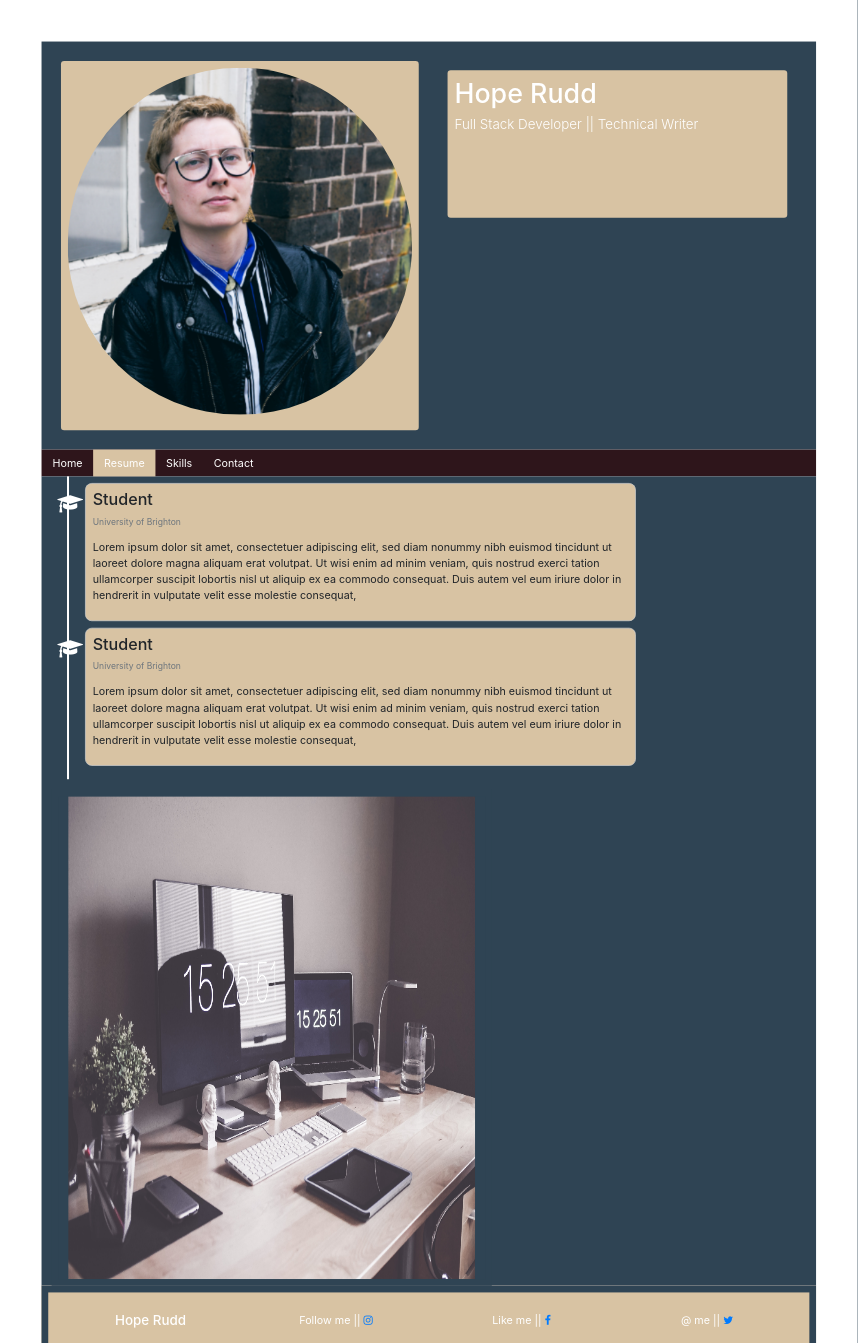
Repository: BleakTerrain/MilestoneProject-
Page: resume.html
The author's editor kept a record of every edit. The page is drawn from the files as they stood at one moment, then again after the next edit.
The browser window is 1280 px wide. The pictures show the whole page, at 67% of full size.
Some web libraries are served in a nearby version.

Above is the page before.

### resume.html
<html>

<head>
  <!-- Copied from UCB Resume code institue project -->

  <meta charset="UTF-8">
  <meta name="viewport" content="width=device-width, initial-scale=1.0">
  <meta http-equiv="X-UA-Compatible" content="ie=edge">
  <link rel="stylesheet" href="https://maxcdn.bootstrapcdn.com/bootstrap/4.2.1/css/bootstrap.min.css" type="text/css" />
  <link rel="stylesheet" href="https://maxcdn.bootstrapcdn.com/font-awesome/4.7.0/css/font-awesome.min.css" type="text/css" />
  <link rel="stylesheet" href="https://cdnjs.cloudflare.com/ajax/libs/hover.css/2.3.1/css/hover-min.css" type="text/css" />
  <link rel="stylesheet" href="assets/CSS/stylesheet.css" type="text/css" />
  <!-- Copied initial links end -->

  <title> Personal Portfolio</title>
</head>
<header>



</header>

<body>
<div class="intro-container">

 <!-------------------------Intro cards Started----------------------->
      <div class="row">
        <div class= "col-sm-6">
            <section class="jumbotron introtron">
          <img class="intro-image " src="BackgroundCodeInstitute.jpg" alt="Image not found">
           </div>
               <div class="col-sm-6">
                 <div class="jumbotron name-card">
                <h1>Hope Rudd</h1>
                 <p class="lead ">Full Stack Developer || Technical Writer </p>
                 </div>
                 </div>
                  </section>
<!--                  <section class= "jumbotron contact-card">-->
<!--           <div class="row">-->
<!--             <div class="col-sm-12">-->
<!--            <p class="contact-info"> Email || Hope@Something.com</p>-->
<!--            <p class="contact-info"> Phone || 555 123567</p>-->
<!--            <p class="contact-info"> Form || <a href ="#">I'm contact Page</a></p>-->
<!--              </div>-->

<!--</section>-->
        </section>
        </div>

      </div>
    </div>

</div>
<!-------------------------------Intro cards finished-------------------------------->
<!-------------------------------Nav bar started-------------------------------->
<!-- inspired by example at https://www.w3schools.com/bootstrap4/bootstrap_navs.asp -->
<ul class = " nav navbar-default">
            <li class="nav-item">
              <a class="nav-link" href="#">Home</a>
            </li>
            <li class="nav-item nav-item-resume">
              <a class="nav-link" href="#">Resume</a>
            </li>
            <li class="nav-item">
              <a class="nav-link" href="#">Skills</a>
            </li>
            <li class="nav-item">
              <a class="nav-link" href="#">Contact</a>
            </li>
          </ul>
<!-------------------------------Nav bar finished-------------------------------->
<!-------------------------------TimeLine------------------------------->
    <section class="main-text container-fluid">
<div class="row">
<div class="col-sm-12">
    <div class="container">
    <ul class=timeline>
        <li class = "timeline-item">
            <div class="timeline-badge">
                <i class= "fa fa-graduation-cap"></i>
            </div>
            <div class="timeline-panel">
                <div class="timeline-heading">
                    <h4 class = "timeline-title">Student</h4>
                    <p class ="text-muted"><small>University of Brighton</small></p>
                </div>
                <div class="timeline-body">
                    <p>Lorem ipsum dolor sit amet, consectetuer adipiscing elit,
                    sed diam nonummy nibh euismod tincidunt ut laoreet dolore
                    magna aliquam erat volutpat. Ut wisi enim ad minim veniam,
                    quis nostrud exerci tation ullamcorper suscipit lobortis nisl
                    ut aliquip ex ea commodo consequat. Duis autem vel eum iriure
                    dolor in hendrerit in vulputate velit esse molestie consequat,
                  </p>
                </div>
            </div>
        </li>
               <li class ="timeline-item">
            <div class="timeline-badge">
                <i class= "fa fa-graduation-cap"></i>
            </div>
            <div class="timeline-panel">
                <div class="timeline-heading">
                    <h4 class = "timeline-title">Student</h4>
                    <p class ="text-muted"><small>University of Brighton</small></p>
                </div>
                <div class="timeline-body">
                    <p>Lorem ipsum dolor sit amet, consectetuer adipiscing elit,
                    sed diam nonummy nibh euismod tincidunt ut laoreet dolore
                    magna aliquam erat volutpat. Ut wisi enim ad minim veniam,
                    quis nostrud exerci tation ullamcorper suscipit lobortis nisl
                    ut aliquip ex ea commodo consequat. Duis autem vel eum iriure
                    dolor in hendrerit in vulputate velit esse molestie consequat,
                  </p>
                </div>
            </div>
        </li>
    </ul>
    </div>
</div>
</div>
</div>
  <div class="col-sm-7 other-image-background">
<img class="other-image" src="DeskImage.jpg" alt="Image not found">
  </div>
</div>
    </section>
    </body>
<!-------------------------------Bulk text finished------------------------------->
<!-------------------------------Footer Begins------------------------------------>


<footer class="footer container-fluid">
<div class="row">
<div class="col-sm-3 footer-item">
  <h5>  Hope Rudd  </h5>
  </div>
  <div class="col-sm-3 footer-item">
      <p>Follow me || <a href = "#"> <i class="fa fa-instagram aria-hidden=true"></i></a></p>
  <span class = "sr-only">Instagram link</span>
  </div>
  <div class="col-sm-3 footer-item">
      <p> Like me || <a href = "#"> <i class="fa fa-facebook aria-hidden=true"></i></a></p>
  <span class = "sr-only">Facebook Link</span>
  </div>
    <div class="col-sm-3 footer-item">
      <p>@ me || <a href = "#"> <i class="fa fa-twitter aria-hidden=true"></i></a></p>
  <span class = "sr-only">Twitter Link</span>
  </div>
</footer>

</html>

### assets/CSS/stylesheet.css

/* Main background taken from bootstraps basics project*/
/* General theme inspiration from : https://visme.co/blog/website-color-schemes/ */

body, html {
  height: 100%;
  margin: 2.5%;
}
/* -----------------------------------Intro bar---------------*/

.intro-container
{
padding:2.5%;
background-color: #2f4454;
}
.jumbotron
{
  margin:2.5%;
 padding: 10px;
 text-align: center;
  background-color: #D8C3A3;
  color:#fff;

}
.jumbotron-header
{
  font-size:500%;

}

.introtron
{
  margin:0;
min-height: 40%;
}

.intro-image {
  padding-bottom: 2.5%;
    width: 100%;
    background-position: center;
    background-repeat: no-repeat;
    transition: all .5s ease-in-out;
    -moz-transition: all .5s ease-in-out;
    -webkit-transition: all .5s ease-in-out;
  border-radius: 50%;
  display:inline-block;
}

.contact-card
{

  text-align: left;
  height:40%;
}
.name-card
{
  text-align:left;
  font-size: x-large;
  height:40%;
}
/*-----------------------------SkillsBar-------------------*/
.progress
{
  margin-bottom: 2.5%;

}
.full-stack
{
  background-color: #E27D60;
}
.tech-writing
{
  background-color: #e8a87c;
}
.html
{
  background-color: #C38D9E;
}
.css
{
  background-color: #41B3A3;
}
/*----------------------------------Nav-----------------------*/
.nav
{

  text-align: center;
  background-color: #2E151B;

}
.nav-link
{
  color:#fff;
}
.nav-link:hover
{
  background-color:#eed2dc ;
  color:#2E151B;
}
.nav-item-resume
{
  background-color: #D8C3A3;
}
.nav-item-skills
{
  background-color: #D8C3A3;
}
.nav-item-contact
{
  background-color: #D8C3A3;
}
/*-----------------------------Main-Text-------------------*/
.main-text
{
  background-color: #2f4454;
}
.main-text-box
{
  border: solid 10px #2f4454;
  background-color: #fff;
  color: #2f4454;
}
.other-image-background
{
border: solid 10px #2f4454;
 margin:0;
}
.other-image {

width: 100%;
  display:block;

}

/*-----------------------------Timeline-------------------*/
/*-- Influenced by http://www.prepbootstrap.com/bootstrap-template/timeline ---*/
.timeline {
  list-style: none;
  padding: 10px 0 10px;
  position: relative;
}
.timeline:before {
  top: 0;
  bottom: 0;
  position: absolute;
  content: " ";
  width: 3px;
  background-color:#fff ;
  left: 10px;
  margin-left:-2px;
}
.timeline-item {
  margin-bottom: 10px;
  position: relative;
}

.timeline-item:before
.timeline-item:after {
  content: " ";
  display: table;
}

 .timeline-panel {
   background-color: #D8C3A3;
  width: 75%;
  float: center;
  border: 1px solid #d4d4d4;
  border-radius: 10px;
  padding: 10px;
  position: relative;
  margin-left: 35px;
}
.timeline-panel:before {
  position: absolute;
  display: inline-block;
}
.timeline-panel:after {
  position: absolute;

  display: inline-block;
}
 .timeline-badge {
  color: #fff;
  font-size: 30px;
  line-height: 25px;
  text-align: center;
  position: absolute;
  top: 16px;
  left: -7px;

}
/*------------------------------Footer---------------------*/
.footer
{ background-color: #D8C3A3;
color:#fff;
padding: 2.5%;
border: solid 10px #2f4454 ;
}
.footer-item
{
  text-align: center;
}
/*------------------------------MediaQueries-----------------*/

@media (max-width: 573)
{
  .name-card
{
height: 100%;
background-color: #E85a4f;
}


.contact-card
{
height: 100%;
background-color: #E98074;
}
}
.other-image
{
  height:100%;

}

After the next edit:
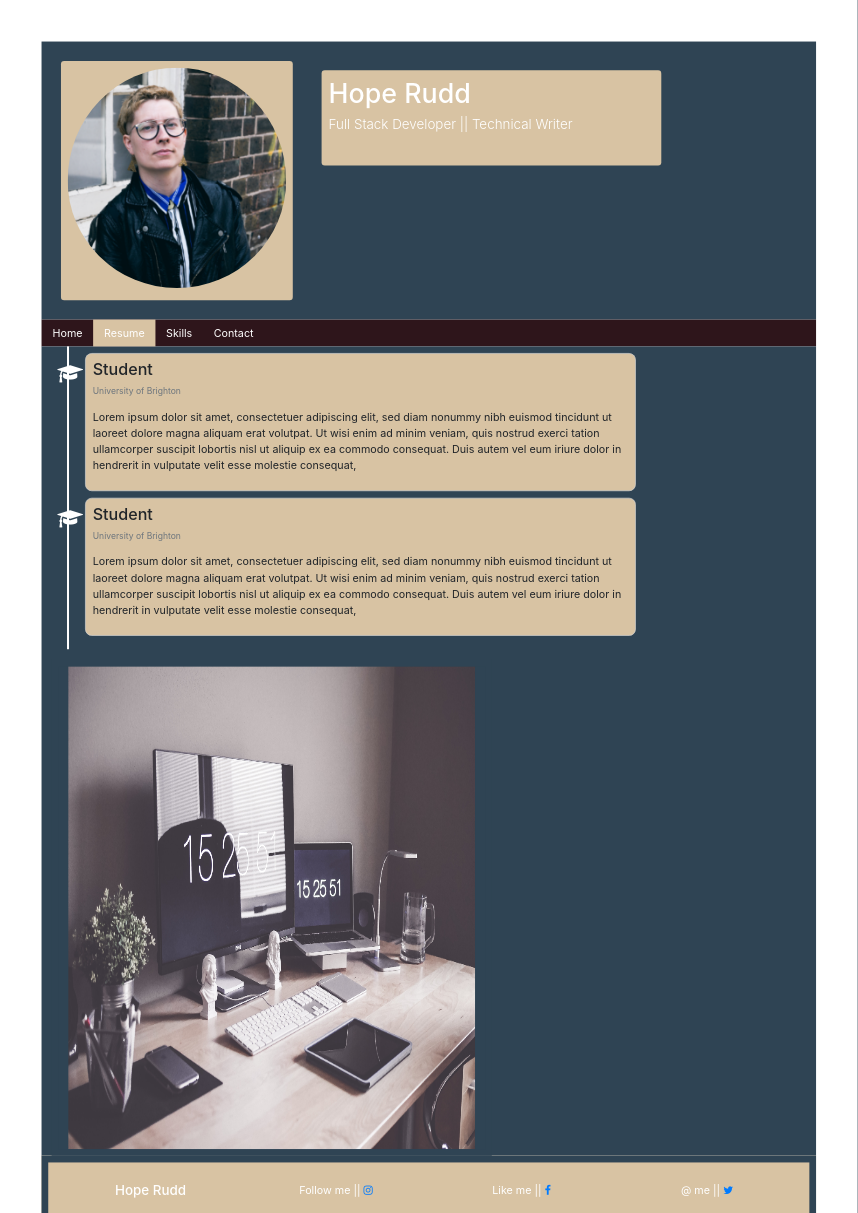
The edit:
--- a/resume.html
+++ b/resume.html
@@ -25,7 +25,7 @@
 
  <!-------------------------Intro cards Started----------------------->
       <div class="row">
-        <div class= "col-sm-6">
+        <div class= "col-sm-4">
             <section class="jumbotron introtron">
           <img class="intro-image " src="BackgroundCodeInstitute.jpg" alt="Image not found">
            </div>
